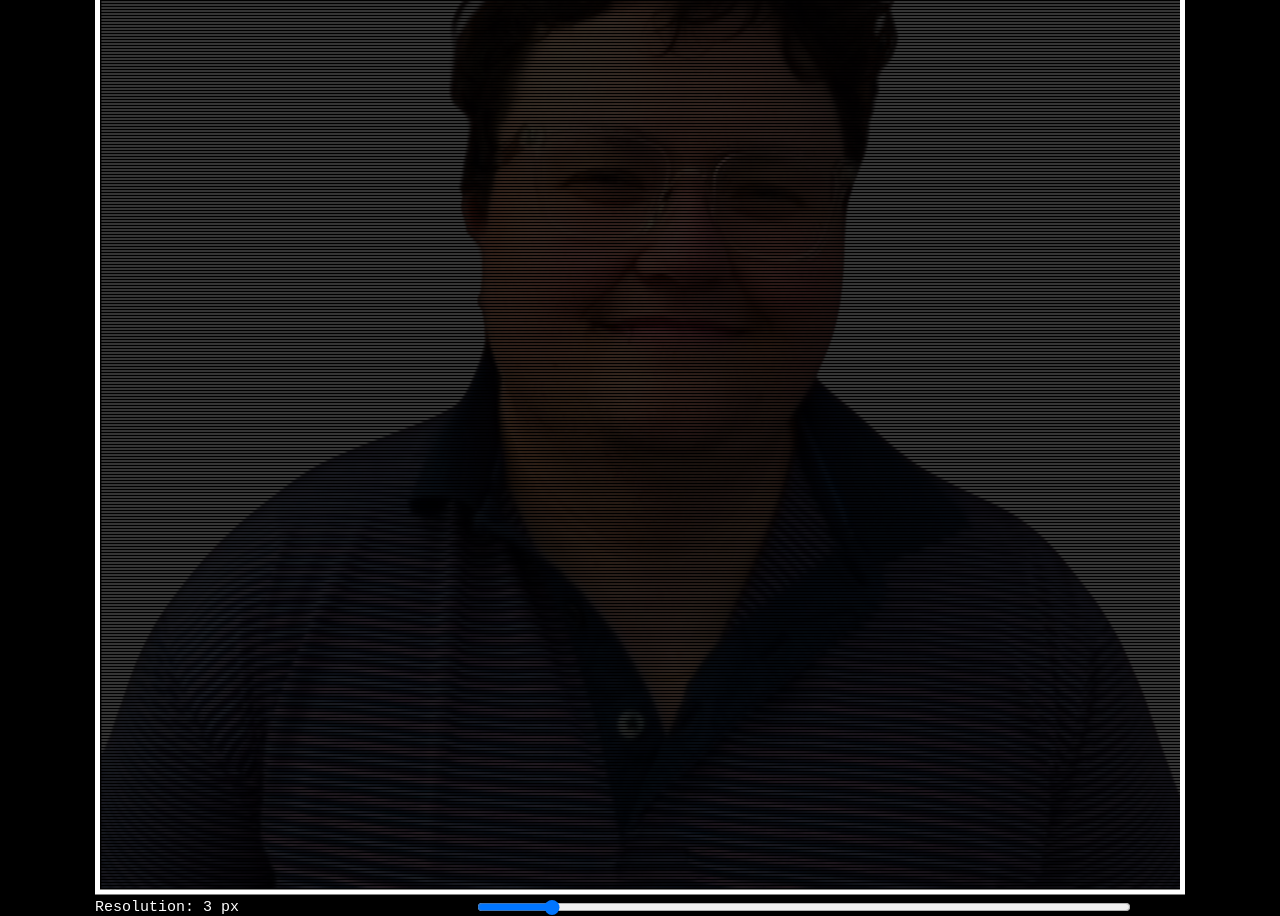
Repository: rosieomusic/ascii-art
Page: index.html
An editor plug-in stored every save of this project. The page is shown before and after the next save, followed by the edit.
The browser window is 1280 px wide. The pictures show the whole page.

Above is the page before, as saved 2025-04-17 00:50:44.

### index.html
<!DOCTYPE html>
<html>
	<head>
		<meta charset="UTF-8" />
		<meta
			http-equiv="X-UA-Compatible"
			content="IE-edge"
		/>
		<title>Pixels</title>
		<link
			rel="stylesheet"
			href="styles.css"
		/>
	</head>
	<body>
		<div class="container">
			<canvas id="canvas1"></canvas>
			<div class="controls">
				<label
					for="resolution"
					id="resolutionLabel"
					>Resolution 5 px</label
				>
				<input
					type="range"
					id="resolution"
					name="resolution"
					min="1"
					max="20"
					value="3"
				/>
			</div>
		</div>

		<script src="script.js"></script>
	</body>
</html>

### styles.css
* {
	margin: 0;
	padding: 0;
	box-sizing: border-box;
}
body {
	background: black;
}
.container {
	position: absolute;
	top: 50%;
	left: 50%;
	transform: translate(-50%, -50%);
}
#canvas1 {
	border: 5px solid white;
}
.controls {
	display: flex;
}
.controls > input {
	width: 60%;
}
.controls > label {
	font-family: 'Courier New', Courier, monospace;
	width: 35%;
	color: white;
	font-size: 15px;
}

### script.js
const inputSlider = document.getElementById('resolution');
const inputLabel = document.getElementById('resolutionLabel');
const canvas = document.getElementById('canvas1');
const ctx = canvas.getContext('2d');

const image1 = new Image();
image1.src = 'img/touchedupheadshotsun.png';
inputSlider.addEventListener('change', handleSlider);

class Cell {
	constructor(x, y, symbol, color, size) {
		this.x = x;
		this.y = y;
		this.symbol = symbol;
		this.color = color;
		this.size = size;
		this.padding = this.size * 0.2;
	}
	draw(ctx) {
		ctx.font = `${this.size * 2}'Courier'`;
		ctx.fillStyle = 'white';
		//ctx.fillText(this.symbol, this.x + 1, this.y + 1, +this.size);

		ctx.fillStyle = this.color;
		ctx.fillText(
			this.symbol,
			this.x + this.padding,
			this.y + this.padding,
			this.size
		);
	}
}
class AsciiEffect {
	#imageCellArray = [];
	#pixels = [];
	#ctx;
	#width;
	#height;
	constructor(ctx, width, height) {
		this.#ctx = ctx;
		this.#width = width;
		this.#height = height;
		this.#ctx.drawImage(image1, 0, 0, this.#width, this.#height);
		this.#pixels = this.#ctx.getImageData(0, 0, this.#width, this.#height);
		console.log(this.#pixels.data);
	}
	#convertToSymbol(g) {
		const asciiGradient =
			'.......................................................';
		const index = Math.floor((g / 255) * (asciiGradient.length - 1));
		return asciiGradient[index];
	}

	#scanImage(cellSize) {
		this.#imageCellArray = [];
		const stepX = Math.floor(cellSize / 3);
		const stepY = cellSize;
		for (let y = 0; y < this.#pixels.height; y += stepY) {
			for (let x = 0; x < this.#pixels.width; x += stepX) {
				if (x >= this.#pixels.width || y >= this.#pixels.height) continue;
				const posX = x * 4;
				const posY = y * 4;
				const pos = (y * this.#pixels.width + x) * 4;

				if (this.#pixels.data[pos + 3] > 128) {
					const red = this.#pixels.data[pos];
					const green = this.#pixels.data[pos + 1];
					const blue = this.#pixels.data[pos + 2];
					const grayscale = 0.2126 * red + 0.7152 * green + 0.0722 * blue;

					//const color = 'yellow';
					//const color = grayscale > 30 ? 'yellow' : 'black';
					const total = red + green + blue;
					const averageColorValue = total / 3;
					const color = `rgb(${red}, ${green}, ${blue})`;
					const symbol = this.#convertToSymbol(averageColorValue);
					if (symbol)
						this.#imageCellArray.push(new Cell(x, y, symbol, color, cellSize));
				}
			}
		}
		console.log(this.#imageCellArray);
	}
	#drawAscii() {
		this.#ctx.clearRect(0, 0, this.#width, this.#height);
		for (let i = 0; i < this.#imageCellArray.length; i++) {
			this.#imageCellArray[i].draw(this.#ctx);
		}
	}
	draw(cellSize) {
		this.#scanImage(cellSize);
		this.#drawAscii();
	}
}
let effect;
function handleSlider() {
	console.log('Slider value: ', inputSlider.value);
	if (inputSlider.value == 1) {
		inputLabel.innerHTML = 'Original Image';
		ctx.drawImage(image1, 0, 0, canvas.width, canvas.height);
	} else {
		inputLabel.innerHTML = 'Resolution: ' + inputSlider.value + ' px';
		ctx.font = parseInt(inputSlider.value) * 2 + 'px Courier New';
		effect.draw(parseInt(inputSlider.value));
	}
}
image1.onload = function initialize() {
	console.log('Image loaded: ', image1.src);
	console.log('Image dimiensions: ', image1.width, image1.height);

	canvas.width = image1.width;
	canvas.height = image1.height;
	ctx.drawImage(image1, 0, 0);

	const base64Image = canvas.toDataURL('img/touchedupheadshotsun.png');
	console.log('Base64 image:', base64Image);

	effect = new AsciiEffect(ctx, image1.width, image1.height);
	//effect.draw(parseInt(inputSlider.value));
	handleSlider();
};

After the next save:
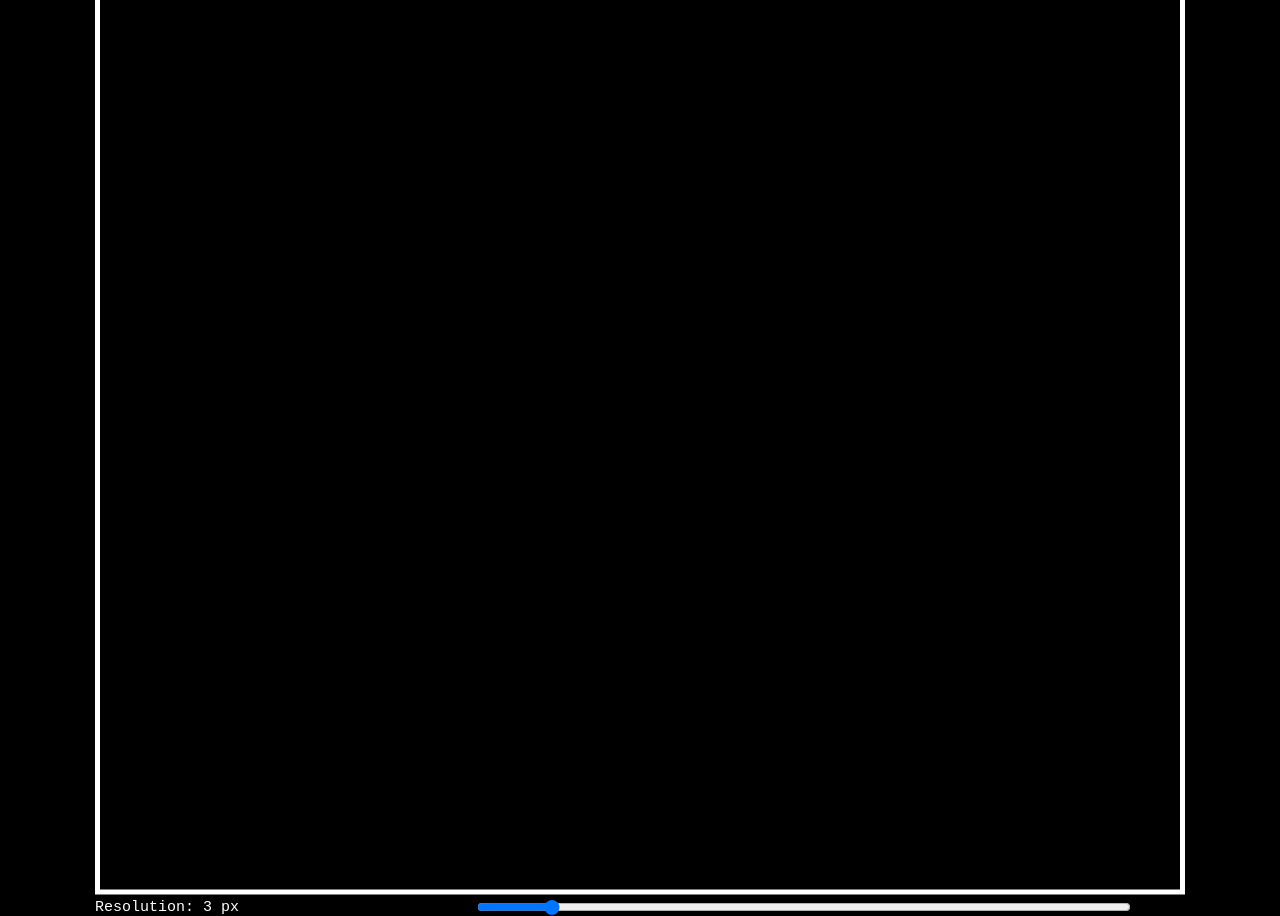
Console error (its wording comes from the project's code and is left out).
Saved 76 s later.
--- a/script.js
+++ b/script.js
@@ -14,7 +14,7 @@
 		this.symbol = symbol;
 		this.color = color;
 		this.size = size;
-		this.padding = this.size * 0.2;
+		//this.padding = this.size * 0.2;
 	}
 	draw(ctx) {
 		ctx.font = `${this.size * 2}'Courier'`;
@@ -24,8 +24,8 @@
 		ctx.fillStyle = this.color;
 		ctx.fillText(
 			this.symbol,
-			this.x + this.padding,
-			this.y + this.padding,
+			//this.x + this.padding,
+			//this.y + this.padding,
 			this.size
 		);
 	}

After the 2 saves that followed:
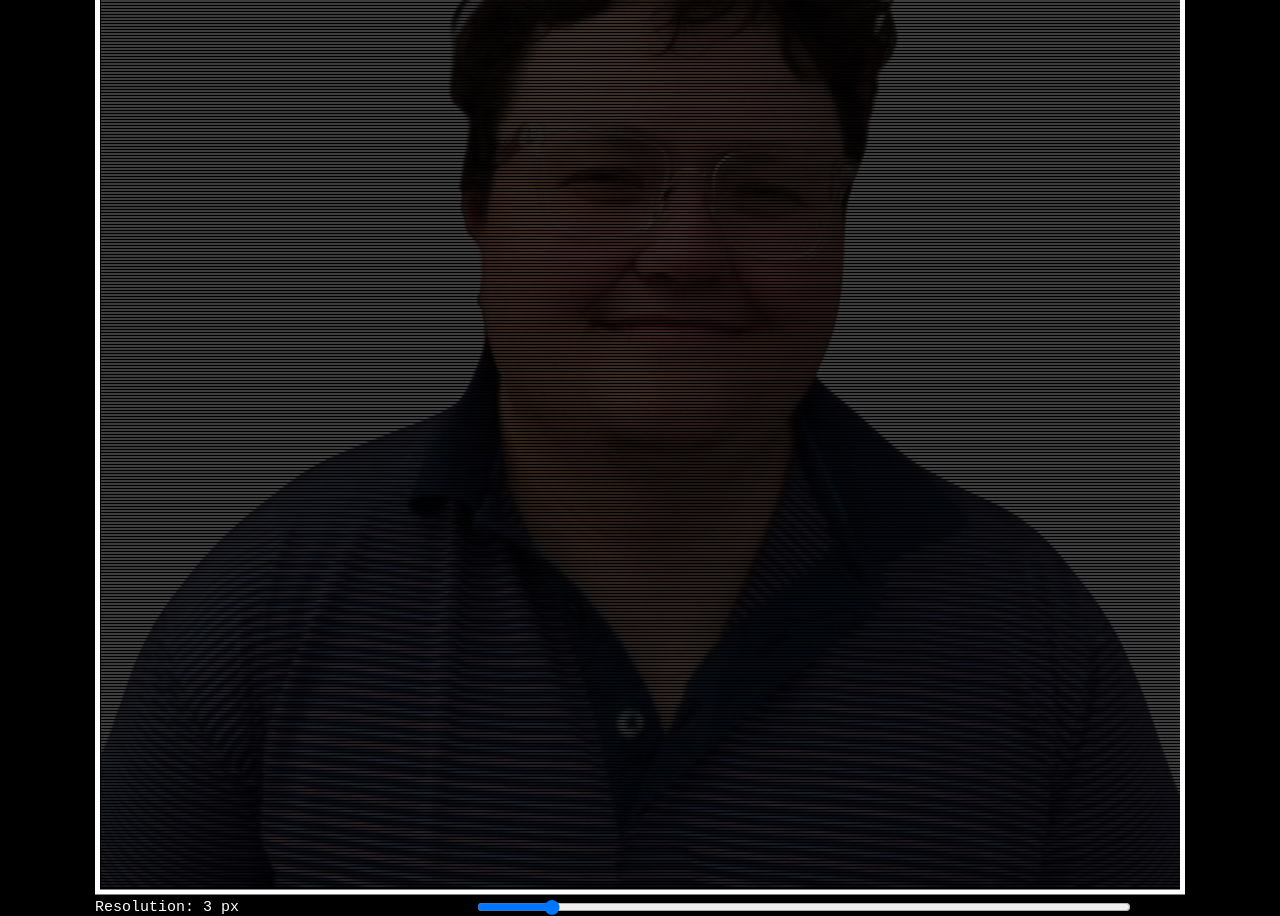
The error is gone.
The 2 saves are shown as one change because 1 left the picture as it was.
The last was saved 80 s later.
--- a/script.js
+++ b/script.js
@@ -22,12 +22,7 @@
 		//ctx.fillText(this.symbol, this.x + 1, this.y + 1, +this.size);
 
 		ctx.fillStyle = this.color;
-		ctx.fillText(
-			this.symbol,
-			//this.x + this.padding,
-			//this.y + this.padding,
-			this.size
-		);
+		ctx.fillText(this.symbol, this.x, this.y, this.size);
 	}
 }
 class AsciiEffect {
